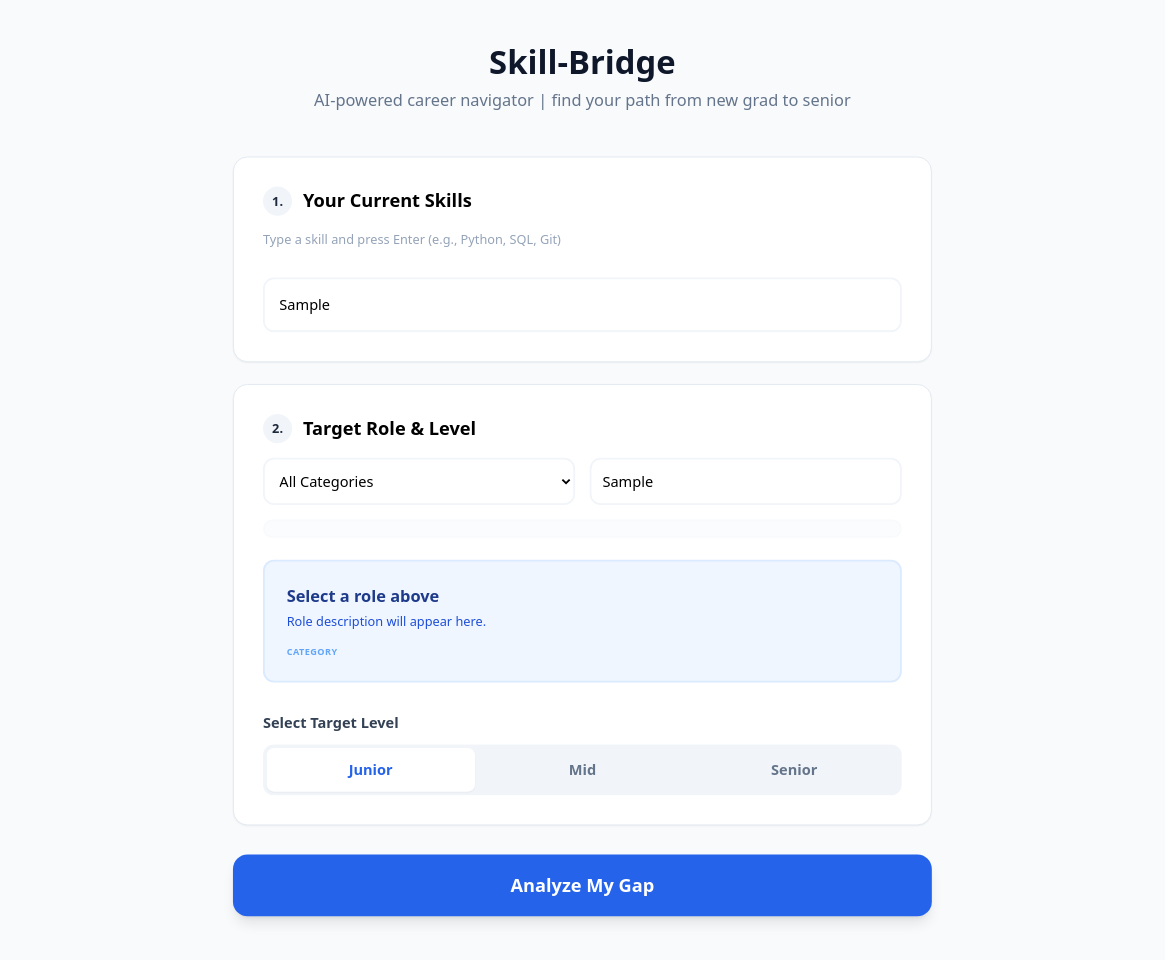
Repository: aasifk71/palo_alto
Page: public/index.html
An editor plug-in stored every save of this project. The page is shown before and after a run of saves, followed by the edit.
The browser window is 1280 px wide. The pictures show the whole page, at 91% of full size.
Empty fields were first filled with sample values (such as "Sample", 5 or name@example.com).
After loading, the first visible `#roleSearch` was changed once.
The page's requests for data from a server got no answer. Some web libraries are served in a nearby version.

Above is the page before, as saved 2026-03-19 15:40:40.

After the next 2 saves:
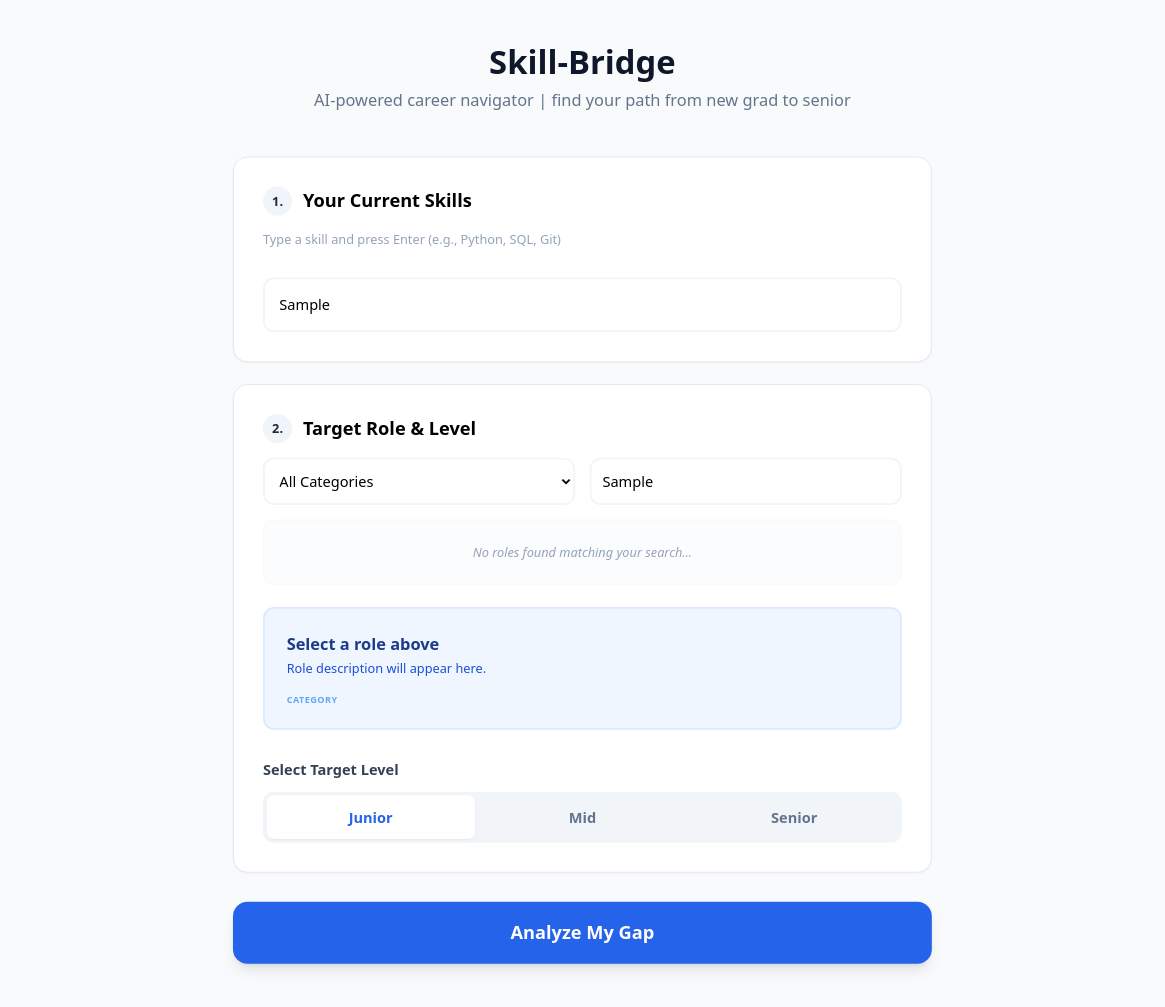
The 2 saves are shown as one change because they came seconds apart.
The last was saved 3 min 46 s later.
--- a/public/script.js
+++ b/public/script.js
@@ -7,31 +7,49 @@ let allRoles = [];
 fetch('/api/roles').then(r => r.json()).then(roles => {
     allRoles = roles;
     if (roles.length > 0) {
-        selectedRoleId = roles[0].id; // Default first role
+        selectedRoleId = roles[0].id; // Default to first role
     }
     renderRoles();
 });
 
 // 2. Search & Filter Logic
-document.getElementById('roleSearch').addEventListener('input', renderRoles);
+document.getElementById('roleSearch').addEventListener('input', () => {
+    // If user starts typing, reset category to 'all' for better UX
+    // document.getElementById('categoryFilter').value = 'all';
+    renderRoles();
+});
+
 document.getElementById('categoryFilter').addEventListener('change', renderRoles);
 
 function renderRoles() {
     const searchTerm = document.getElementById('roleSearch').value.toLowerCase();
-    const category = document.getElementById('categoryFilter').value;
+    const categoryFilter = document.getElementById('categoryFilter').value;
     const container = document.getElementById('roleList');
 
+    // Filter roles based on Category AND Search Term
     const filtered = allRoles.filter(role => {
         const matchesSearch = role.title.toLowerCase().includes(searchTerm);
-        const matchesCategory = category === 'all' || role.category === category;
+        const matchesCategory = categoryFilter === 'all' || role.category === categoryFilter;
         return matchesSearch && matchesCategory;
     });
 
+    // Handle empty results
+    if (filtered.length === 0) {
+        container.innerHTML = `<div class="p-4 text-slate-400 italic text-sm text-center">No roles found matching your search...</div>`;
+        return;
+    }
+
+    // Auto-update selectedRoleId to the first filtered item as the user types
+    // This ensures the Preview Card updates instantly
+    if (searchTerm !== "" || categoryFilter !== "all") {
+        selectedRoleId = filtered[0].id;
+    }
+
     container.innerHTML = filtered.map(role => `
         <div onclick="selectRole('${role.id}')"
-             class="cursor-pointer p-4 rounded-xl border-2 transition-all ${selectedRoleId === role.id ? 'border-blue-400 bg-white shadow-sm' : 'border-transparent hover:bg-white/50'}">
-            <h4 class="font-bold text-slate-800">${role.title}</h4>
-            <span class="text-[10px] font-bold text-slate-400 uppercase">${role.category}</span>
+             class="cursor-pointer p-4 rounded-xl border-2 transition-all ${selectedRoleId === role.id ? 'border-blue-500 bg-white shadow-md' : 'border-transparent hover:bg-white/50'}">
+            <h4 class="font-bold text-slate-800 ${selectedRoleId === role.id ? 'text-blue-600' : ''}">${role.title}</h4>
+            <span class="text-[10px] font-bold text-slate-400 uppercase tracking-tighter">${role.category}</span>
         </div>
     `).join('');
 
@@ -40,19 +58,27 @@ function renderRoles() {
 
 function selectRole(id) {
     selectedRoleId = id;
-    renderRoles();
+    renderRoles(); // Re-render to show the blue highlight
 }
 
 function updatePreview() {
     const role = allRoles.find(r => r.id === selectedRoleId);
+    const titleEl = document.getElementById('previewTitle');
+    const descEl = document.getElementById('previewDesc');
+    const catEl = document.getElementById('previewCat');
+
     if (role) {
-        document.getElementById('previewTitle').innerText = role.title;
-        document.getElementById('previewDesc').innerText = role.description || "Building the future of technology.";
-        document.getElementById('previewCat').innerText = role.category;
+        titleEl.innerText = role.title;
+        descEl.innerText = role.description || "Building the future of technology.";
+        catEl.innerText = role.category;
+
+        // Add a small animation effect when it updates
+        titleEl.parentElement.classList.add('animate-pulse');
+        setTimeout(() => titleEl.parentElement.classList.remove('animate-pulse'), 300);
     }
 }
 
-// 3. Skill Tag Logic
+// 3. Skill Tag Logic (Kept the same)
 const skillInput = document.getElementById('skillInput');
 const skillsContainer = document.getElementById('skillsContainer');
 
@@ -70,7 +96,7 @@ skillInput.addEventListener('keydown', (e) => {
 
 function renderSkills() {
     skillsContainer.innerHTML = skills.map(s => `
-        <span onclick="removeSkill('${s}')" class="skill-tag cursor-pointer bg-blue-100 text-blue-700 px-4 py-2 rounded-full font-bold text-sm border border-blue-200 flex items-center gap-2">
+        <span onclick="removeSkill('${s}')" class="skill-tag cursor-pointer bg-blue-50 text-blue-600 px-4 py-2 rounded-full font-bold text-sm border border-blue-100 flex items-center gap-2">
             ${s} <span class="text-xs opacity-50 font-black">×</span>
         </span>
     `).join('');
@@ -81,7 +107,7 @@ function removeSkill(name) {
     renderSkills();
 }
 
-// 4. Level Selection Logic
+// 4. Level Selection
 function setLevel(lvl) {
     selectedLevel = lvl;
     document.querySelectorAll('.level-btn').forEach(b => {
@@ -91,7 +117,7 @@ function setLevel(lvl) {
     event.currentTarget.classList.add('bg-white', 'shadow-sm', 'text-blue-600');
 }
 
-// 5. Final Analyze Call
+// 5. Analyze Function (Kept the same)
 async function analyze() {
     if (skills.length === 0) return alert("Please enter at least one skill first!");
     if (!selectedRoleId) return alert("Please select a target role!");
@@ -124,7 +150,7 @@ async function analyze() {
                     <div class="grid grid-cols-1 md:grid-cols-3 gap-4">
                         ${gap.courses.map(c => `
                             <a href="${c.url}" target="_blank" class="group block">
-                                <div class="relative overflow-hidden rounded-xl mb-2">
+                                <div class="relative overflow-hidden rounded-xl mb-2 bg-slate-100">
                                     <img src="${c.thumbnail}" class="w-full h-32 object-cover transition-transform group-hover:scale-110">
                                 </div>
                                 <span class="block font-bold text-sm text-slate-700 line-clamp-2 leading-snug group-hover:text-blue-600">${c.title}</span>
@@ -138,7 +164,6 @@ async function analyze() {
         window.scrollTo({ top: document.getElementById('results').offsetTop - 40, behavior: 'smooth' });
 
     } catch (err) {
-        alert("Something went wrong. Check the console.");
         console.error(err);
     } finally {
         btn.disabled = false;
